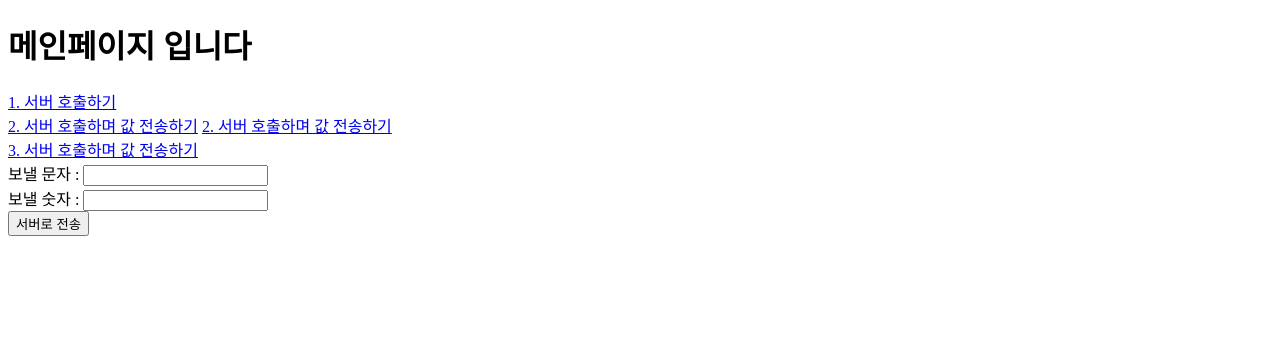
Repository: beescuit9510/toyProjects
Page: web-server-workplace/02_noDbProject/src/main/webapp/index.html
An editor plug-in stored every save of this project. The page is shown before and after the next save, followed by the edit.
The browser window is 1280 px wide. The pictures show the whole page.

Above is the page before, as saved 2021-09-29 06:04:53.

After the next save:
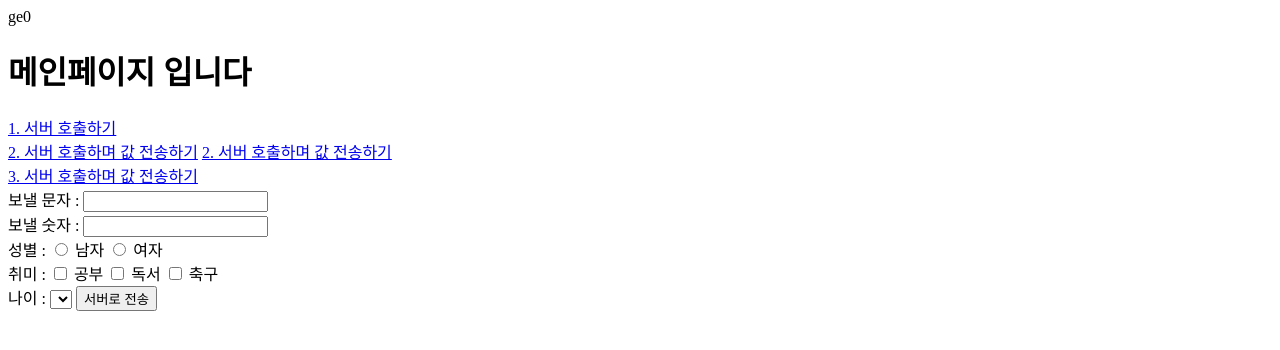
Saved 11 min 34 s later.
--- a/web-server-workplace/02_noDbProject/src/main/webapp/index.html
+++ b/web-server-workplace/02_noDbProject/src/main/webapp/index.html
@@ -1,4 +1,5 @@
 <!DOCTYPE html>
+ge0
 <html>
 <head>
 <meta charset="UTF-8">
@@ -6,14 +7,26 @@
 </head>
 <body>
 	<h1>메인페이지 입니다</h1>
-	<a href="/requestServer">1. 서버 호출하기</a><br>
+	<a href="/requestServer">1. 서버 호출하기</a>
+	<br>
 	<a href="/sendData1?test=abc&name=변덕">2. 서버 호출하며 값 전송하기</a>
-	<a href="/sendData2?p1=abc&p2=변덕">2. 서버 호출하며 값 전송하기</a><br>
-	<a href="/SendData3?age=11&name=변덕">3. 서버 호출하며 값 전송하기</a><br>
+	<a href="/sendData2?p1=abc&p2=변덕">2. 서버 호출하며 값 전송하기</a>
+	<br>
+	<a href="/SendData3?age=11&name=변덕">3. 서버 호출하며 값 전송하기</a>
+	<br>
 	<form action="/SendData3" method="get">
-		보낼 문자 : <input type="text" name="str"><br>
-		보낼 숫자 : <input type="text" name="num"><br>
-		<input type="submit" value="서버로 전송">
+		보낼 문자 : <input type="text" name="str"><br> 보낼 숫자 : <input
+			type="text" name="num"><br> 성별 : <input type="radio"
+			name="gender" value="남"> 남자 <input type="radio" name="gender"
+			value="여"> 여자 <br> 취미 : <input type="checkbox"
+			name="hobby" value="study"> 공부 <input type="checkbox"
+			name="hobby" value="reading"> 독서 <input type="checkbox"
+			name="hobby" value="soccer"> 축구 <br> 나이 : <select>
+			<option value="10대">
+			<option value="10대">
+			<option value="10대">
+			<option value="10대">
+		</select> <input type="submit" value="서버로 전송">
 	</form>
 </body>
 </html>
